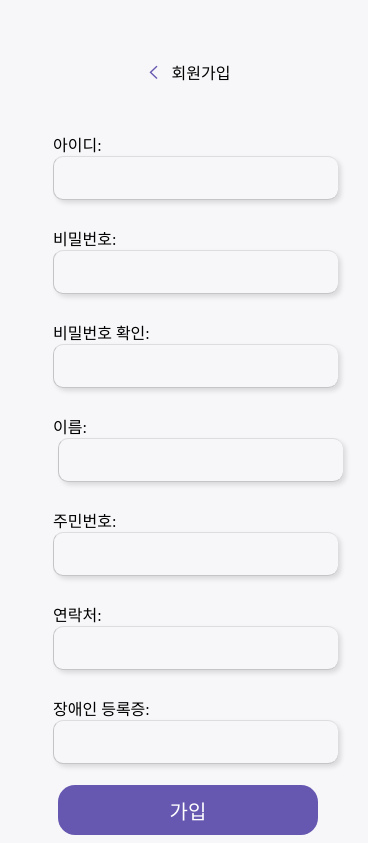
Repository: PEPI-dev/UI
Page: regist/regist.html
An editor plug-in stored every save of this project. The page is shown before and after the next save, followed by the edit.
The browser window is 360 px wide. The page is 368 px wide, so the pictures cover 368 px, including what lies to the right of the window. The pictures show the whole page.
Some web fonts or font styles are not loaded; a fallback is used.

Above is the page before, as saved 2023-12-04 17:45:52.

After the next save:
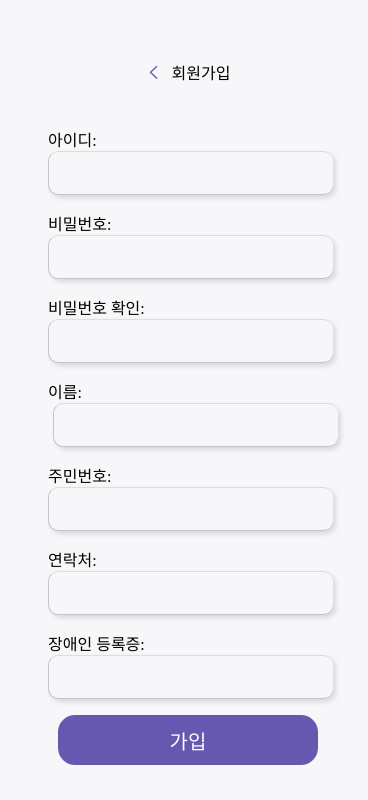
Saved 5 s later.
--- a/regist/regist.css
+++ b/regist/regist.css
@@ -86,7 +86,7 @@ body {
 
     .input_form{
 
-        padding: 5px;
+        margin-top: 5px;
     }
 
     #name {
